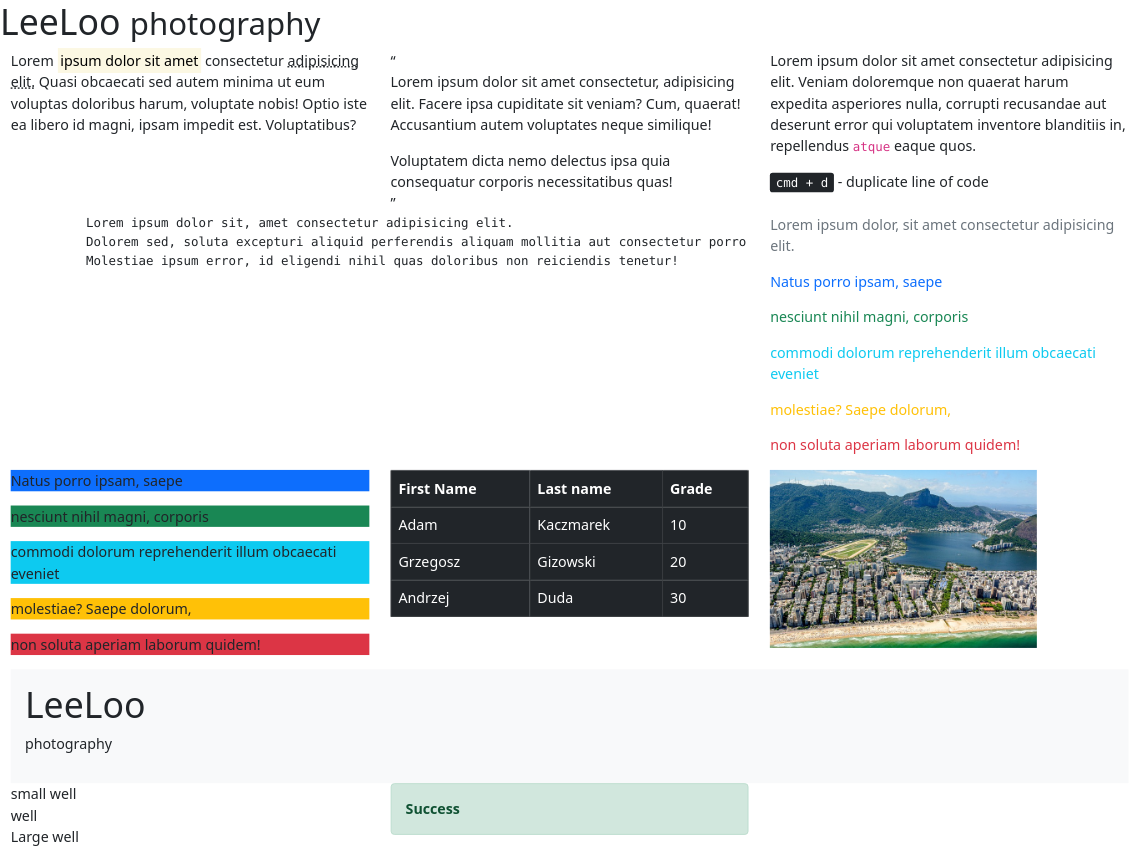
Repository: Zyzik-33/bootstrap-test
Page: index.html
The author's editor kept a copy of each file at every save. The page is drawn from the files as they stood at one save, then again after the next save.
The browser window is 1280 px wide. The pictures show the whole page, at 89% of full size.

Above is the page before, as saved 2021-01-27 20:39:50.

After the next save:
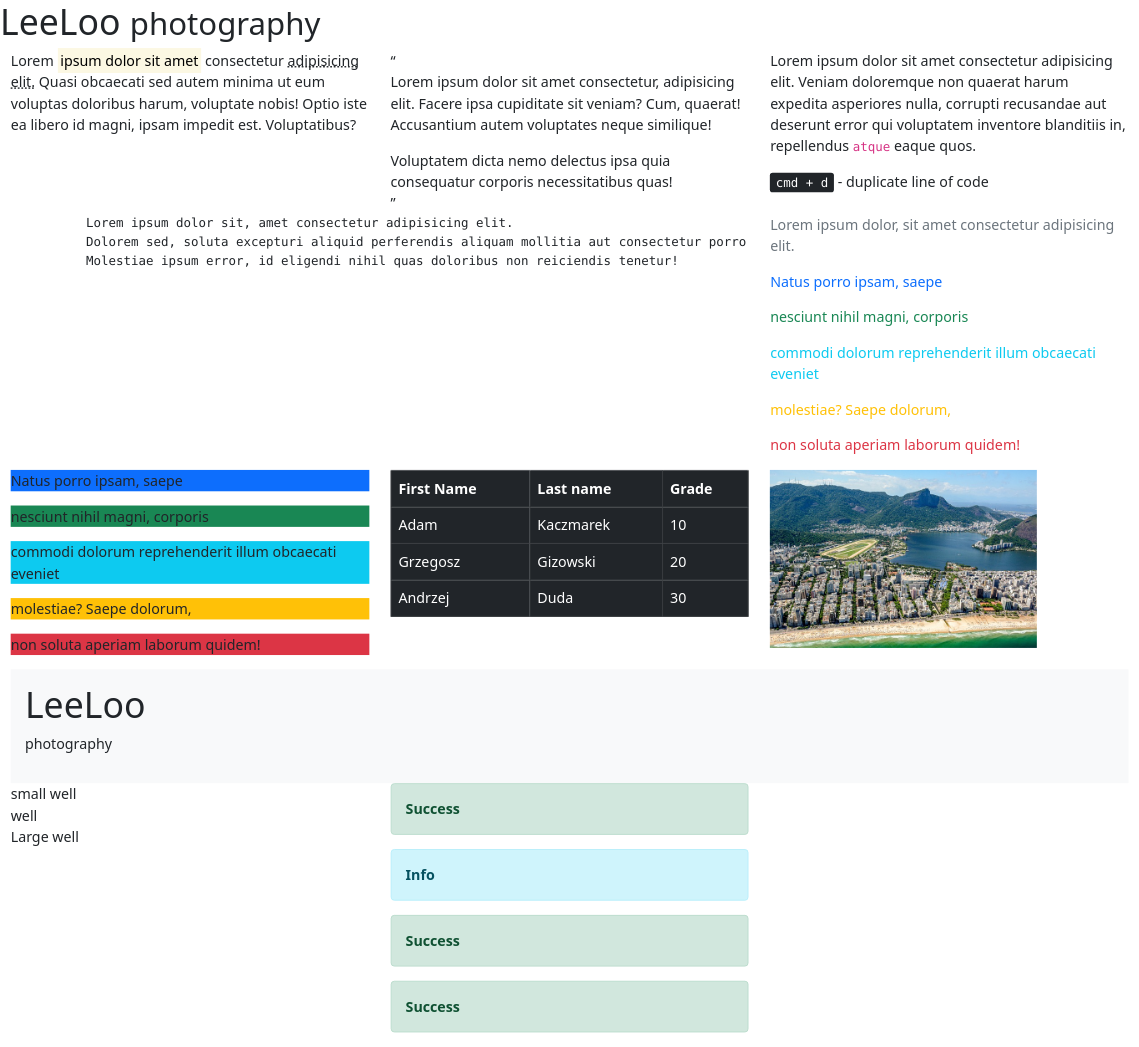
Saved 40 s later.
--- a/index.html
+++ b/index.html
@@ -113,6 +113,15 @@
         <div class="alert alert-success">
           <strong>Success</strong>
         </div>
+        <div class="alert alert-info">
+          <strong>Info</strong>
+        </div>
+        <div class="alert alert-success">
+          <strong>Success</strong>
+        </div>
+        <div class="alert alert-success">
+          <strong>Success</strong>
+        </div>
       </div>
       <div class="col-lg-4"></div>
     </div>
